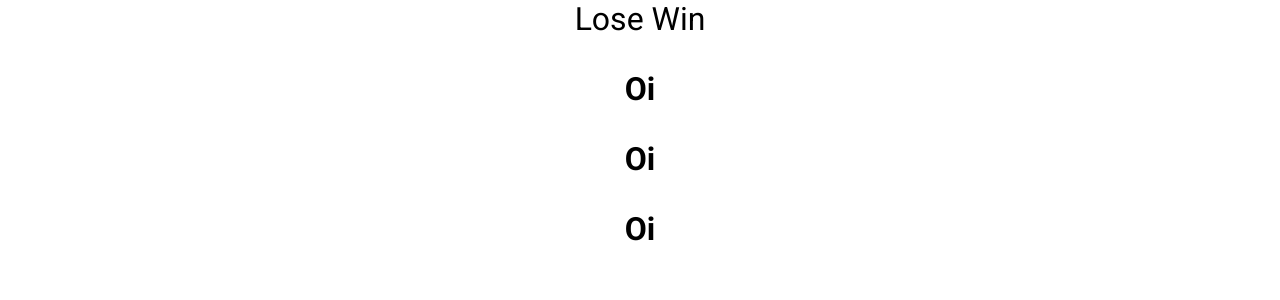
Repository: guilhermecardoso93/jogodaforca
Page: /
These files come from the project's save history. The page is drawn as it stood at one moment and after the next save; the edit follows.
The browser window is 1280 px wide. The pictures show the whole page.
The project was rebuilt for these pictures with package versions that can differ from the ones it lists, and the page was loaded fresh each time. Also part of the build but not shown: vite.config.ts.

Above is the page before, as saved 2022-12-06 20:55:44.

### index.html
<!DOCTYPE html>
<html lang="en">
  <head>
    <meta charset="UTF-8" />
    <link rel="icon" type="image/svg+xml" href="/vite.svg" />
    <meta name="viewport" content="width=device-width, initial-scale=1.0" />
    <link rel="preconnect" href="https://fonts.googleapis.com"><link
      rel="preconnect" href="https://fonts.gstatic.com" crossorigin><link
      href="https://fonts.googleapis.com/css2?family=Roboto:ital,wght@0,400;0,500;0,700;1,400&display=swap"
      rel="stylesheet">
    <title>Vite + React + TS</title>
  </head>
  <body>
    <div id="root"></div>
    <script type="module" src="/src/main.tsx"></script>
  </body>
</html>

### src/App.tsx
import { useState } from "react";
import words from "./wordList.json";

import { HangmanDrawing } from "./components/HangmanDrawing";
import { HangmanWord } from "./components/HangmanWord";
import { Keyboard } from "./components/Keyboard";

import "./App.css";

export function App() {
  const randomWords = () => {
    return words[Math.floor(Math.random() * words.length)];
  };

  const [wordToGuess, setWordToGuess] = useState(randomWords);
  const [guessedLetters, setGuessedLetters] = useState<string[]>([]);

  console.log(wordToGuess);
  return (
    <div className="container">
      <div className="loseOrWin">Lose Win</div>
      <HangmanDrawing />
      <HangmanWord />
      <Keyboard />
    </div>
  );
}

### src/wordList.json
[
  "capaz",
  "sobre",
  "absoluto",
  "aceitar",
  "conta",
  "alcançar",
  "através",
  "ativo",
  "real",
  "Admitem",
  "anunciar",
  "afetar",
  "proporcionar",
  "depois",
  "tarde",
  "novamente",
  "contra",
  "agente",
  "aceita",
  "permitir",
  "quase",
  "já",
  "tudo bem",
  "também",
  "Apesar",
  "sempre",
  "América",
  "quantia",
  "outro",
  "responda",
  "separado",
  "aparente",
  "aparecer",
  "Aplique",
  "nomear",
  "abordagem",
  "apropriado",
  "área",
  "argumentar",
  "arranjo",
  "associado",
  "presumir",
  "participar",
  "autoridade",
  "acessível",
  "consciente",
  "horrível",
  "bebê",
  "Saldo",
  "bola",
  "banco",
  "base",
  "base",
  "urso",
  "bater",
  "beleza",
  "Porque",
  "antes da",
  "começar",
  "acreditam",
  "beneficiar",
  "melhor",
  "entre",
  "conta",
  "nascimento",
  "Preto",
  "cara",
  "sangue",
  "golpe",
  "limite",
  "linha",
  "Lista",
  "ouço",
  "pequena",
  "viver",
  "carregar",
  "local",
  "trancar",
  "Londres",
  "grandes",
  "olhar",
  "senhor",
  "perder",
  "amor",
  "sorte",
  "almoço",
  "máquina",
  "faço",
  "gerir",
  "muitos",
  "marca",
  "mercado",
  "casar",
  "Combine",
  "matéria",
  "significa",
  "significado",
  "a medida",
  "encontrar",
  "membro",
  "menção",
  "meio",
  "poderia",
  "milha",
  "ouvir",
  "coração",
  "aquecer",
  "pesado",
  "inferno",
  "ajuda",
  "aqui",
  "Alto",
  "história",
  "aguarde",
  "feriado",
  "casa",
  "honesto",
  "esperança",
  "cavalo",
  "hospital",
  "hora",
  "lar",
  "Contudo",
  "olá",
  "centenas",
  "esposo",
  "idéia",
  "identificar",
  "Imagine",
  "importante",
  "melhorar",
  "incluir",
  "renda",
  "aumentar",
  "na verdade",
  "Individual",
  "indústria",
  "informar",
  "garantir",
  "interesse",
  "em",
  "introduzir",
  "investir",
  "envolver",
  "questão",
  "item",
  "Jesus",
  "Junte",
  "juiz",
  "pular",
  "apenas",
  "guarda",
  "matar",
  "Gentil",
  "rei",
  "cozinha",
  "bater",
  "conhecer",
  "trabalho",
  "senhora",
  "terra",
  "Língua",
  "ampla",
  "último",
  "tarde",
  "riso",
  "conduzir",
  "aprender",
  "sair",
  "deixei",
  "menos",
  "carta",
  "nível",
  "vida",
  "leve",
  "Curti",
  "provável",
  "cinco",
  "apartamento",
  "piso",
  "Segue",
  "Comida",
  "pé",
  "força",
  "esquecer",
  "Formato",
  "fortuna",
  "frente",
  "quatro",
  "França",
  "gratuitamente",
  "amigo",
  "a partir de",
  "frente",
  "cheio",
  "função",
  "fundo",
  "futuro",
  "jogos",
  "jardim",
  "em geral",
  "Alemanha",
  "menina",
  "dar",
  "vidro",
  "Boa",
  "adeus",
  "governo",
  "grande",
  "conceder",
  "excelente",
  "verde",
  "chão",
  "grupo",
  "crescer",
  "acho",
  "cabelo",
  "metade",
  "corredor",
  "mão",
  "pendurar",
  "acontecer",
  "feliz",
  "duro",
  "odiar",
  "tenho",
  "cabeça",
  "saúde"
]

### src/components/HangmanDrawing.tsx
export function HangmanDrawing() {
  return (
    <div className='container'>
      <h1>Oi</h1>
    </div>
  )
}

### src/components/HangmanWord.tsx
export function HangmanWord() {
  return (
    <div>
      <h1>Oi</h1>
    </div>
  )
}

### src/components/Keyboard.tsx
export function Keyboard() {
  return (
    <div>
      <h1>Oi</h1>
    </div>
  )
}

### src/App.css
* {
  margin: 0;
  passing: 0;
  box-sizing: border-box;
  font-family: 'Roboto', sans-serif;
}

.container {
  max-width: 800px;
  display: flex;
  flex-direction: column;
  gap: 2rem;
  margin: 0 auto;
  align-items: center;
  justify-content: center;
}

.loseOrWin {
  font-size: 2rem;
  text-align: center;
}

Loaded but not shown: src/main.tsx (common file)

After the next save:
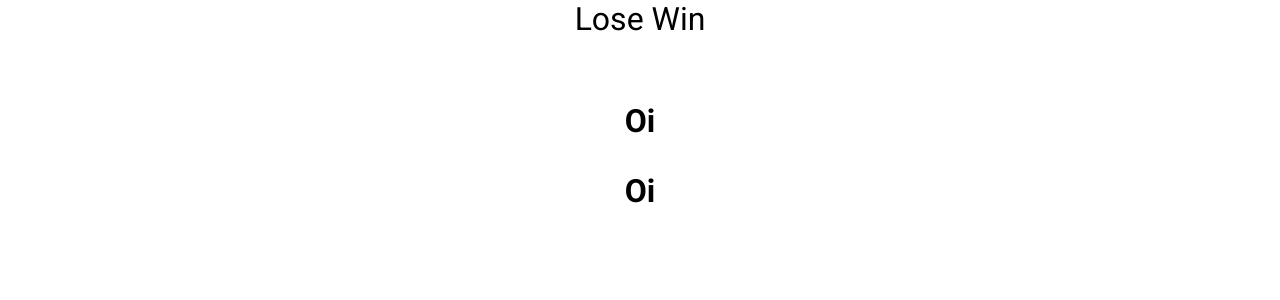
Saved 19 s later.
--- a/src/components/HangmanDrawing.tsx
+++ b/src/components/HangmanDrawing.tsx
@@ -1,7 +1,7 @@
 export function HangmanDrawing() {
   return (
     <div className='container'>
-      <h1>Oi</h1>
+      <div className="bar" />
     </div>
   )
 }
